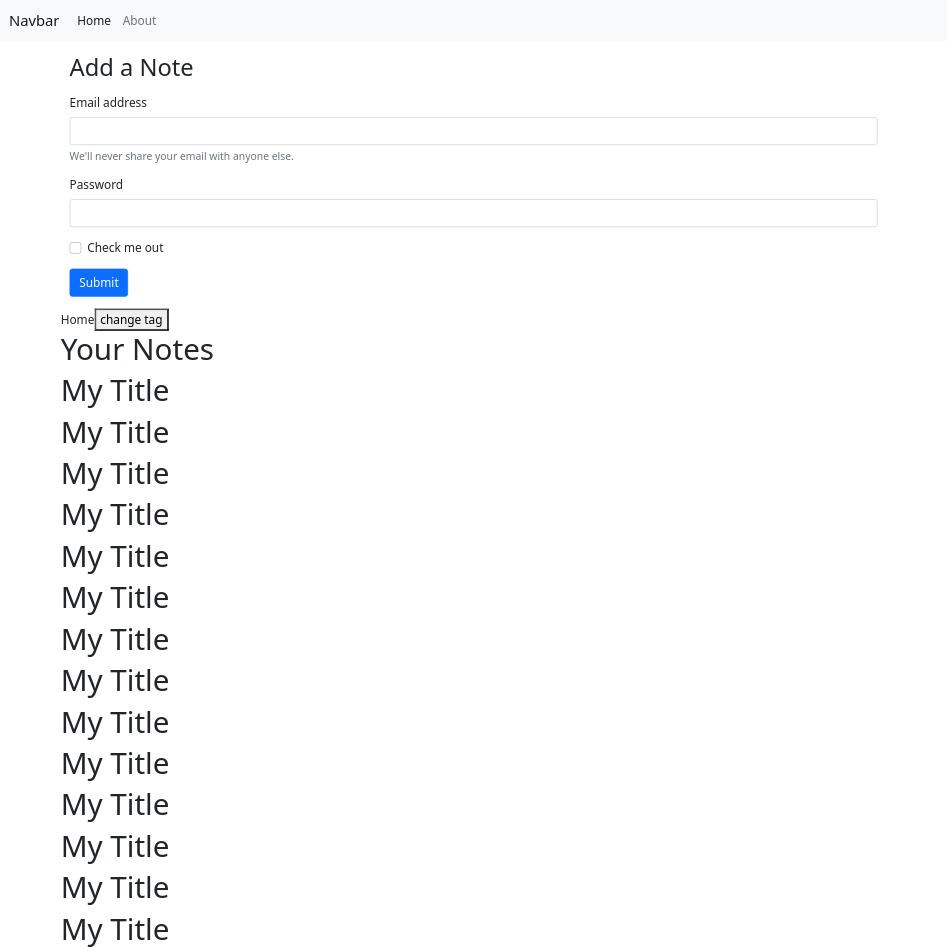
Repository: Asad-devv/inotebook-mern
Page: /
The author's editor kept a copy of each file at every save. The page is drawn from the files as they stood at one save, then again after a run of saves.
The browser window is 1280 px wide. The pictures show the whole page, at 74% of full size.
The project was rebuilt for these pictures with package versions that can differ from the ones it lists, and the page was loaded fresh each time. Also part of the build but not shown: vite.config.js, src/components/About.jsx.

Above is the page before, as saved 2023-04-14 00:36:35.

After the next 2 saves:
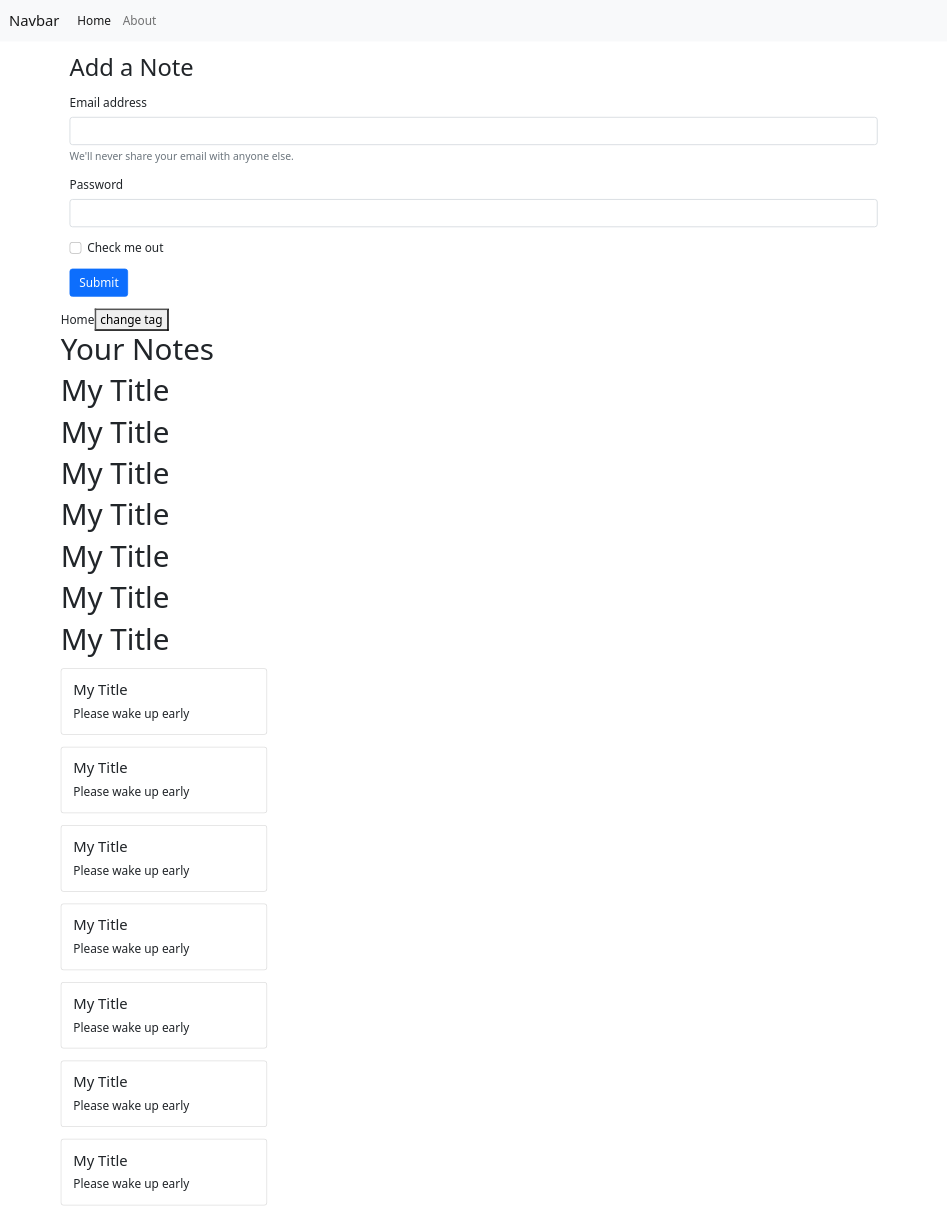
The 2 saves are shown as one change because they came seconds apart.
The last was saved 10 s later.
--- a/src/components/Notes.jsx
+++ b/src/components/Notes.jsx
@@ -25,8 +25,8 @@ const notes =  useSelector((state) => state.notes.value)
   return (
     <div>  {notes.map((note)=>{
         return(
-          <h1 key={note.id}>{note.title}</h1>
-            // <NoteItem key={note.id} {...note}/>
+        //   <h1 key={note.id}>{note.title}</h1>
+            <NoteItem key={note.id} {...note}/>
         )
       })}</div>
   )
